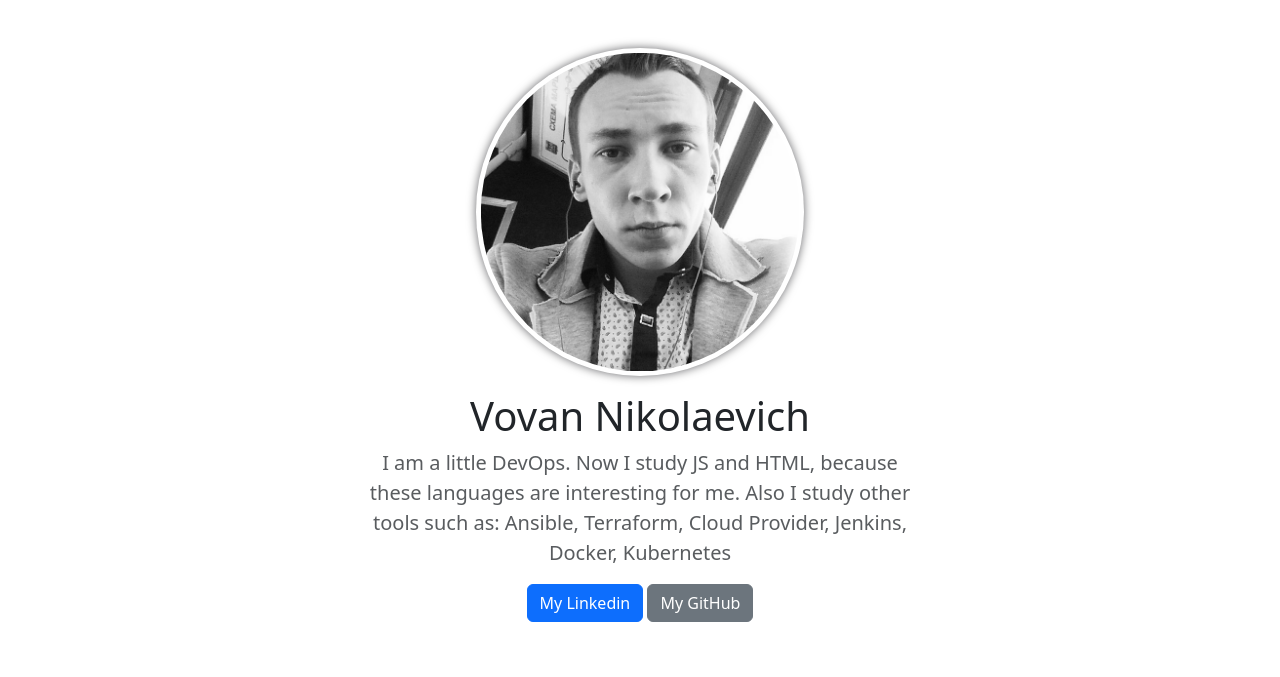
Repository: vovanbl411/mini-web-site
Page: index.html
An editor plug-in stored every save of this project. The page is shown before and after the next save, followed by the edit.
The browser window is 1280 px wide. The pictures show the whole page.

Above is the page before, as saved 2023-01-21 23:51:06.

After the next save:
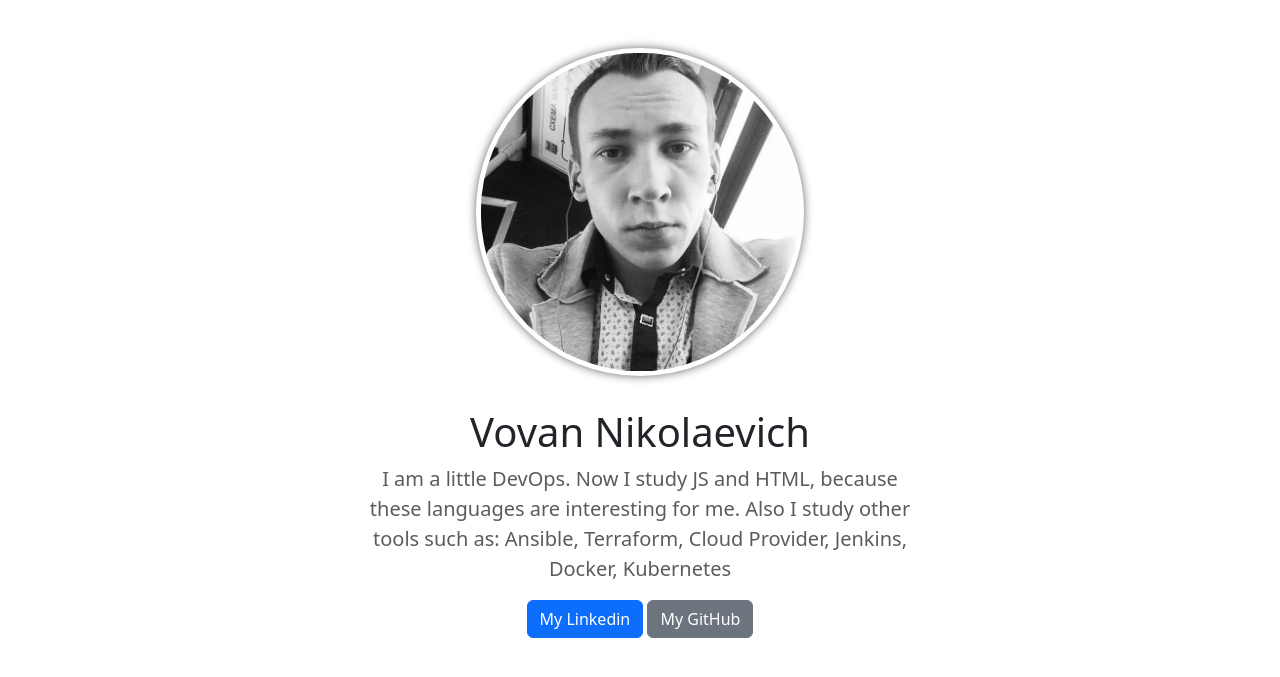
Saved 14 s later.
--- a/index.html
+++ b/index.html
@@ -16,7 +16,7 @@
         border-radius: 50%;
         box-shadow: 0 0 10px rgba(0, 0, 7, 0.6);
         padding: 0.3em;
-        margin-bottom: 1em;
+        margin-bottom: 2em;
       }
     </style>
   </head>

After the save that followed:
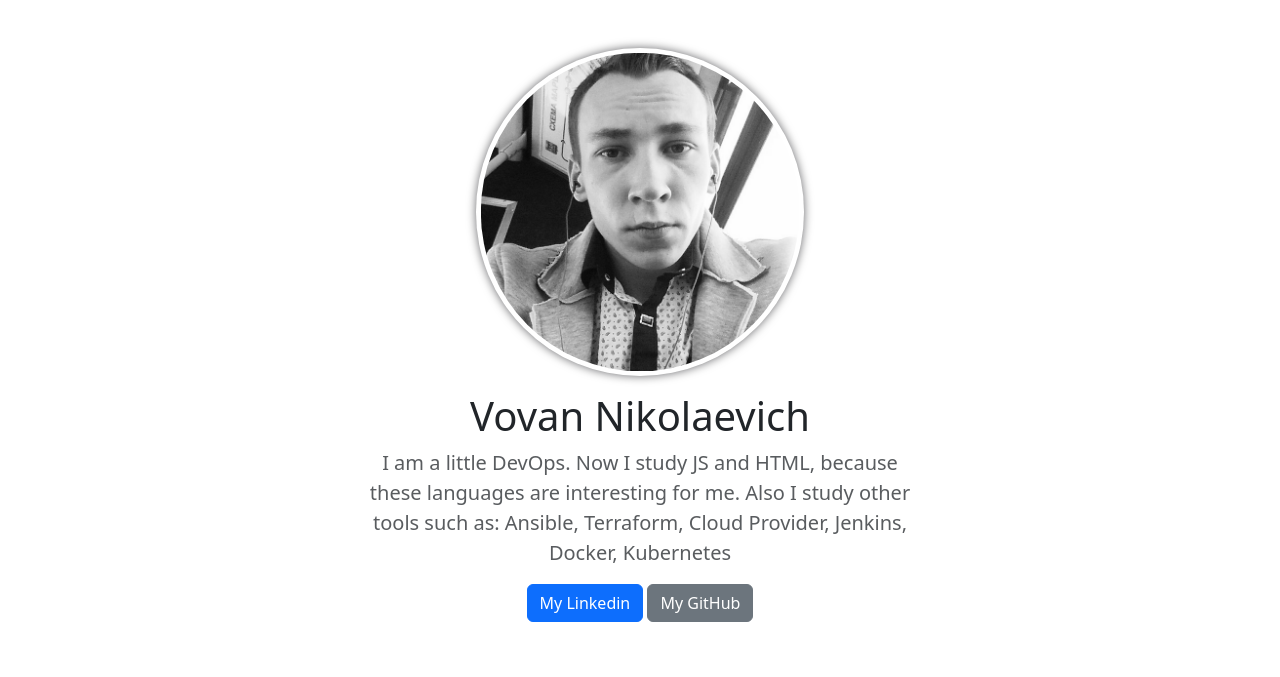
Saved 11 s later.
--- a/index.html
+++ b/index.html
@@ -16,7 +16,7 @@
         border-radius: 50%;
         box-shadow: 0 0 10px rgba(0, 0, 7, 0.6);
         padding: 0.3em;
-        margin-bottom: 2em;
+        margin-bottom: 1em;
       }
     </style>
   </head>
